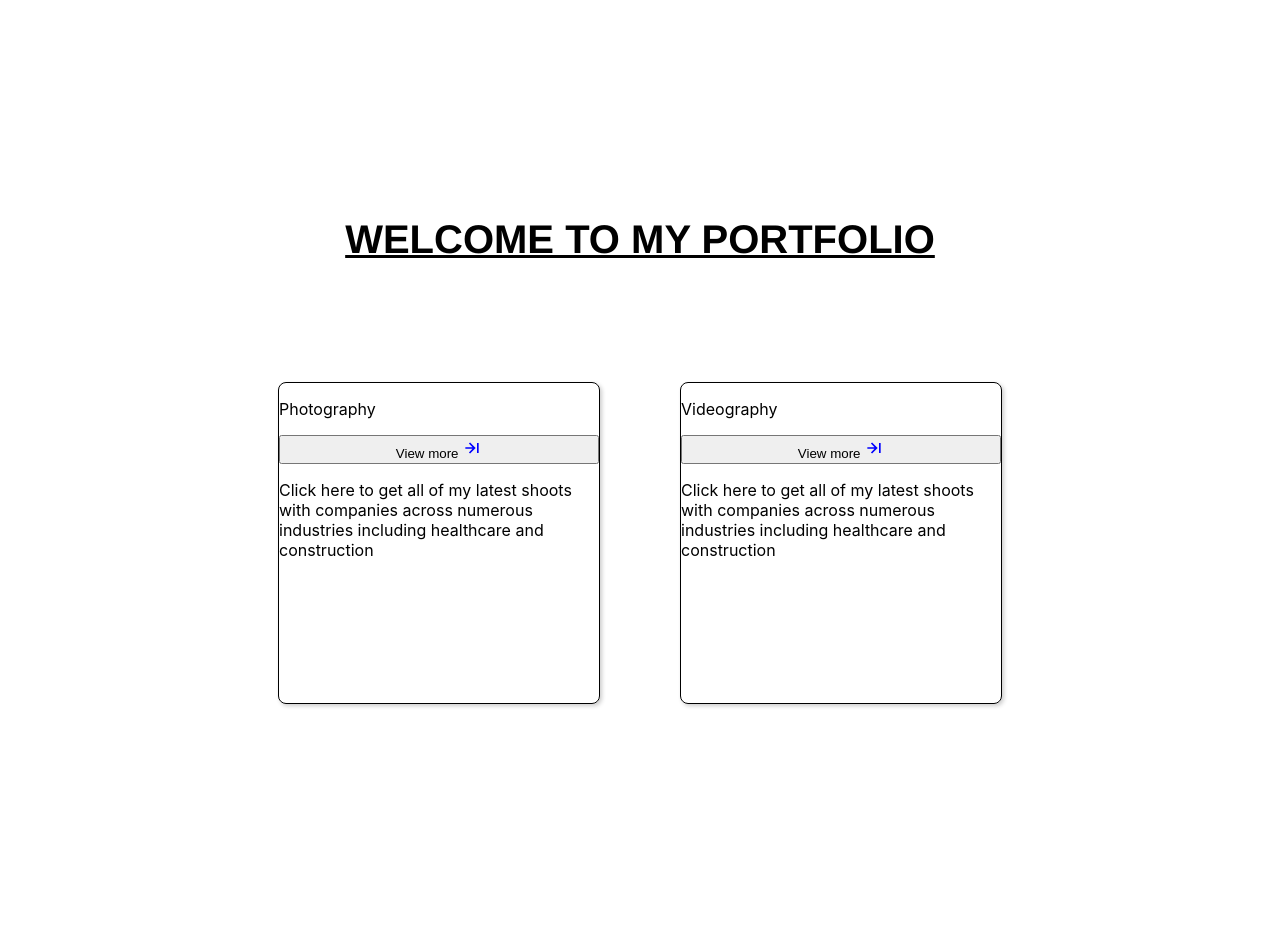
Repository: ThomasMTurner/filmbyjjh-portfolio
Page: /portfolio (app in client/)
An editor plug-in stored every save of this project. The page is shown before and after the next save, followed by the edit.
The browser window is 1280 px wide. The pictures show the part of the page from y = 0 to 952 px (the page is 1994 px tall).
The project was rebuilt for these pictures with package versions that can differ from the ones it lists, and the page was loaded fresh each time. Also part of the build but not shown: client/vite.config.js, client/src/pages/Components/TagComponents.jsx, client/src/pages/Components/Post.jsx, client/src/pages/Components/SearchBar.jsx, client/src/pages/Updates.jsx, client/src/pages/Contact.jsx, client/src/pages/Components/InitialLogin.jsx, client/src/pages/Home.jsx and 2 more. Imported but missing from the stored project, and not drawn on this page: client/src/pages/Components/Videos/header.mp4, client/src/pages/Components/Videos/portfolio-reel.mp4.

Above is the page before, as saved 2023-10-20 12:49:33.

After the next save:
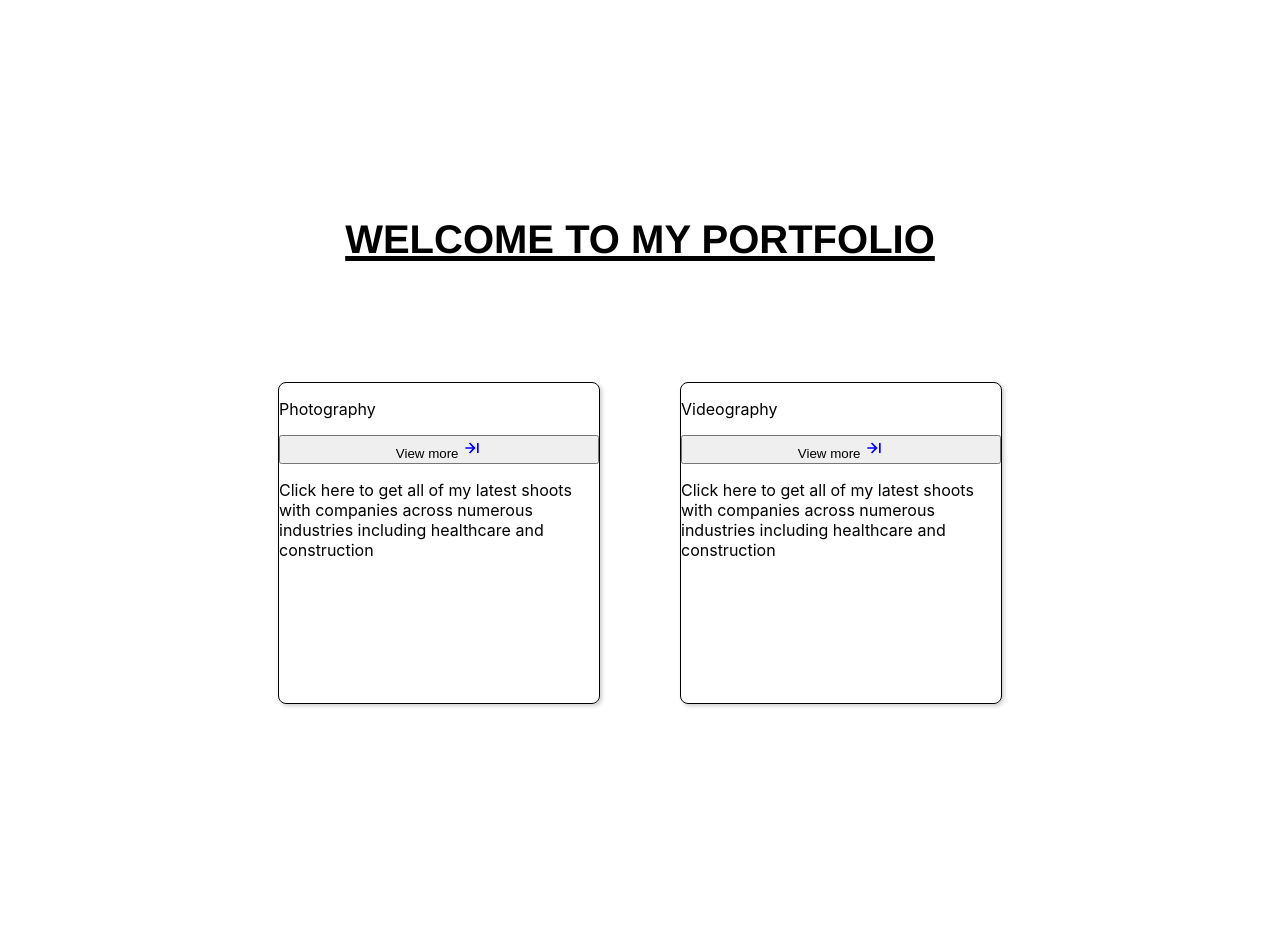
Saved 5 s later.
--- a/client/src/pages/Portfolio.jsx
+++ b/client/src/pages/Portfolio.jsx
@@ -14,7 +14,7 @@ const PortfolioCard = (props) => {
 export default function Portfolio() {
     return(
         <div style={{display:'flex', flexDirection:'column', justifyContent:'center', alignItems:'center', width:'100%', gap:'5rem', minHeight:'75rem', position:'relative', bottom:'10rem'}}>
-            <p style={{fontFamily:'helvetica', fontWeight:'bold', fontSize:'2.5rem', textDecoration:'underline', textDecorationThickness:'3px'}}>WELCOME TO MY PORTFOLIO</p>
+            <p style={{fontFamily:'helvetica', fontWeight:'bold', fontSize:'2.5rem', textDecoration:'underline', textDecorationThickness:'5px'}}>WELCOME TO MY PORTFOLIO</p>
             <div style={{display:'flex', flexDirection:'row', justifyContent:'center', alignItems:'center', width:'100%', gap:'5rem'}}>
                 <PortfolioCard title="Photography" desc="Click here to get all of my latest shoots with companies across numerous industries including healthcare and construction" />
                 <PortfolioCard title="Videography" desc="Click here to get all of my latest shoots with companies across numerous industries including healthcare and construction" />
